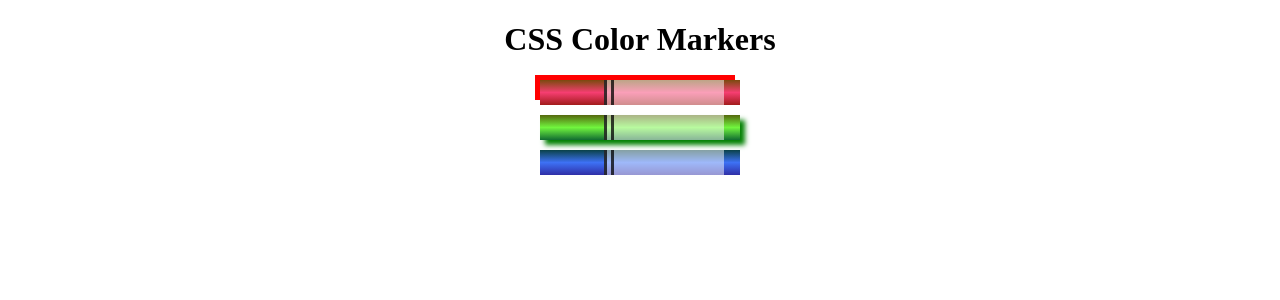
Repository: AimenDje/ColoredMarkers
Page: index.html
An editor plug-in stored every save of this project. The page is shown before and after a run of saves, followed by the edit.
The browser window is 1280 px wide. The pictures show the whole page.

Above is the page before, as saved 2025-05-09 11:57:39.

After the next 2 saves:
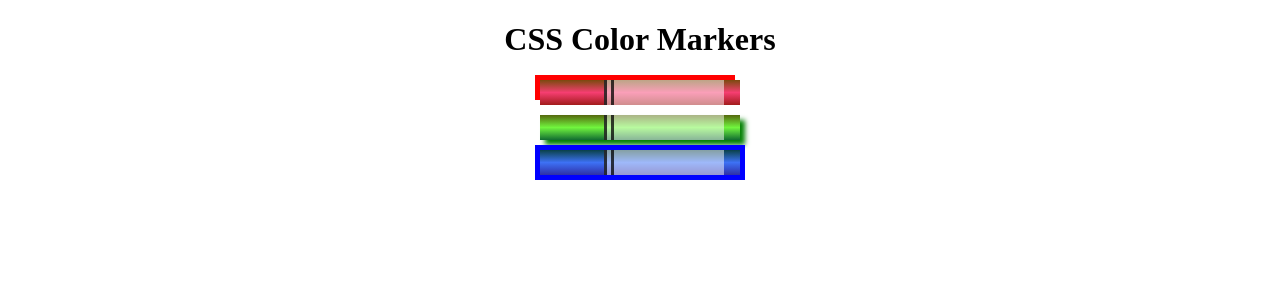
The 2 saves are shown as one change because they came seconds apart.
The last was saved 44 s later.
--- a/styles.css
+++ b/styles.css
@@ -19,7 +19,8 @@
 }
 
 .blue {
-  background: linear-gradient(hsl(186, 76%, 16%), hsl(223, 90%, 60%),hsl(240, 56%, 42%));
+  background: linear-gradient(hsl(186, 76%, 16%), hsl(223, 90%, 60%), hsl(240, 56%, 42%));
+  box-shadow: 0 0 0 5px blue;
 }
 
 .sleeve {
